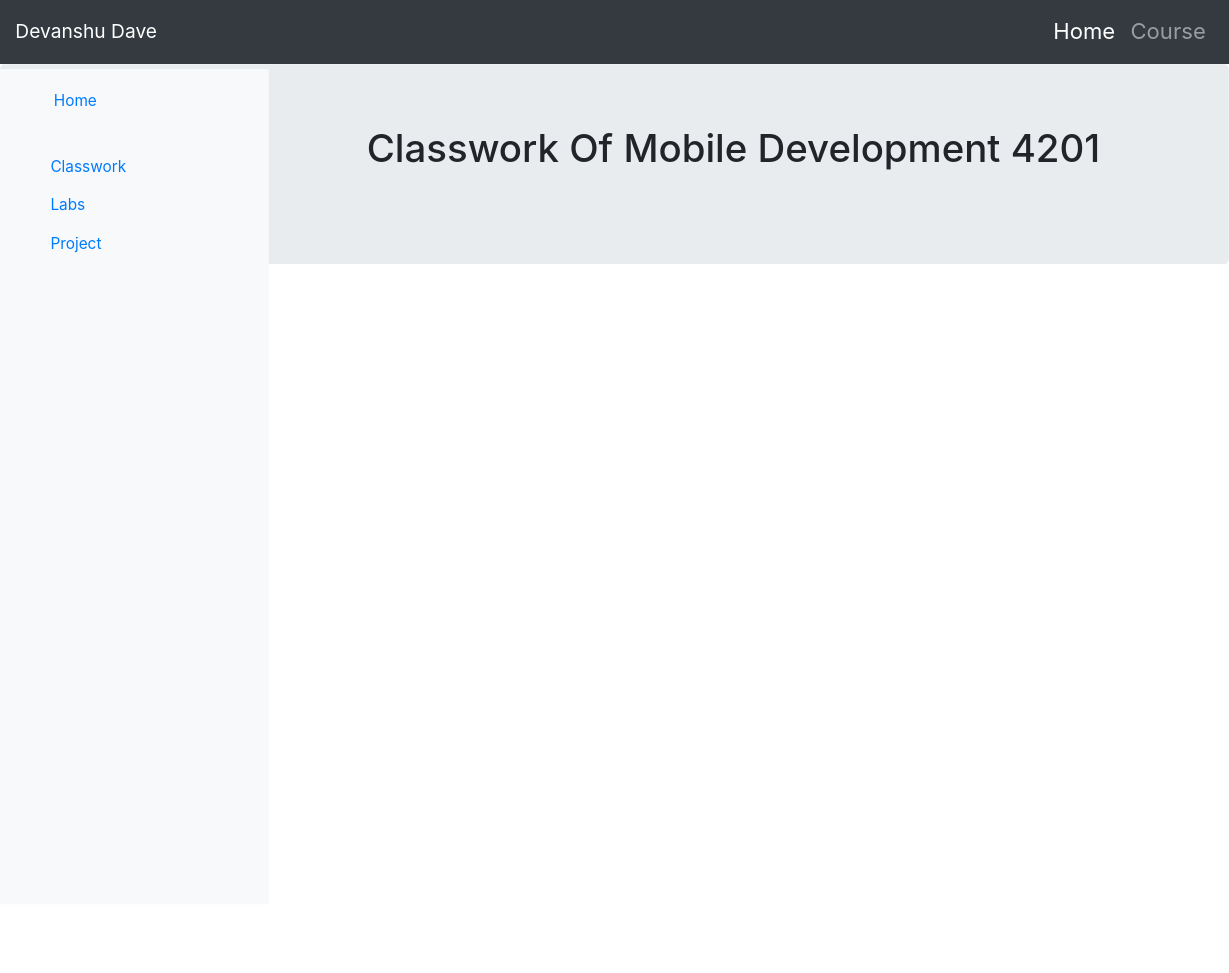
Repository: devanshudave1901/Mobile-Dev-Website
Page: project.html
The author's editor kept a copy of each file at every save. The page is drawn from the files as they stood at one save, then again after the next save.
The browser window is 1280 px wide. The pictures show the whole page, at 96% of full size.
Some web libraries are served in a nearby version.

Above is the page before, as saved 2022-10-07 23:33:49.

### project.html
<!DOCTYPE html>
<html lang="en">
  <head>
    <meta charset="UTF-8" />
    <meta http-equiv="X-UA-Compatible" content="IE=edge" />
    <meta name="viewport" content="width=device-width, initial-scale=1.0" />
    <link
      rel="stylesheet"
      href="https://cdn.jsdelivr.net/npm/bootstrap@4.0.0/dist/css/bootstrap.min.css"
      integrity="sha384-Gn5384xqQ1aoWXA+058RXPxPg6fy4IWvTNh0E263XmFcJlSAwiGgFAW/dAiS6JXm"
      crossorigin="anonymous"
    />
    <link
      href="https://maxcdn.bootstrapcdn.com/font-awesome/4.2.0/css/font-awesome.min.css"
      rel="stylesheet"
    />
    <link rel="stylesheet" href="./css/style.css" />

    <style>
      .navbar-nav {
        margin-left: auto;
        font-size: 23px;
      }
      .welcomeHeading {
        text-shadow: 2px 2px red;
        text-align: center;
      }
      .welcomeText {
        text-align: center;
        font-family: "Sofia", sans-serif;
      }
      .featurette-heading {
        font-weight: 300;
        line-height: 1;
        letter-spacing: -0.05rem;
        margin-top: 20%;
      }
      .profileIamge {
        width: 250px;

        left: 300px;
      }
      .mobileDevProfile {
        margin-top: 10%;
        left: 100px;
      }
      .main {
        display: flex;
        flex-wrap: nowrap;
        height: 100vh;
        height: -webkit-fill-available;
        max-height: 100vh;
        overflow-x: auto;
        overflow-y: hidden;
      }
      .sideBar {
        height: 870px;
      }
      li span {
        position: absolute;
        left: 100px;
      }
      .box {
        display: contents;
        flex-flow: column;
        justify-content: left;
        align-content: center;
        align-items: center;
      }
      .item {
        flex: 1 1 auto;
        border: 1px solid #ffebee;
      }
    </style>
    <script
      src="https://code.jquery.com/jquery-3.2.1.slim.min.js"
      integrity="sha384-KJ3o2DKtIkvYIK3UENzmM7KCkRr/rE9/Qpg6aAZGJwFDMVNA/GpGFF93hXpG5KkN"
      crossorigin="anonymous"
    ></script>
    <script
      src="https://cdn.jsdelivr.net/npm/popper.js@1.12.9/dist/umd/popper.min.js"
      integrity="sha384-ApNbgh9B+Y1QKtv3Rn7W3mgPxhU9K/ScQsAP7hUibX39j7fakFPskvXusvfa0b4Q"
      crossorigin="anonymous"
    ></script>
    <script
      src="https://cdn.jsdelivr.net/npm/bootstrap@4.0.0/dist/js/bootstrap.min.js"
      integrity="sha384-JZR6Spejh4U02d8jOt6vLEHfe/JQGiRRSQQxSfFWpi1MquVdAyjUar5+76PVCmYl"
      crossorigin="anonymous"
    ></script>
    <title>Mobile Development - Lab 2</title>
  </head>
  <body><div id="navBar">
    <nav class="navbar sticky-top navbar-expand-lg navbar-dark bg-dark">
      <a class="navbar-brand" href="#">Devanshu Dave</a>

      <div class="collapse navbar-collapse" id="navbarNavDropdown">
        <ul class="navbar-nav" mr-auto>
          <li class="nav-item active">
            <a class="nav-link" href="./index.html"
              >Home <span class="sr-only">(current)</span></a
            >
          </li>
          <li class="nav-item">
            <a class="nav-link" href="./course.html">Course</a>
          </li>
        </ul>
      </div>
    </nav>
  </div>
  <div id="sideBar">
      <div
      class="d-flex flex-column flex-shrink-0 p-3 bg-light sideBar"
      style="width: 280px"
    >
      <a
        href="/"
        class="d-flex align-items-center mb-3 mb-md-0 me-md-auto link-dark text-decoration-none"
      >
        <svg class="bi me-2" width="40" height="32">
          <use xlink:href="#bootstrap" />
        </svg>
        <span class="fs-4">Home</span>
      </a>
      <hr />
      <ul class="nav nav-pills flex-column mb-auto">
        <li>
          <a href="classwork.html" class="nav-link link-dark">
            <svg class="bi me-2" width="16" height="16">
              <use xlink:href="#table" />
            </svg>
            Classwork
          </a>
        </li>
        <li class="nav-item">
          <a href="labs.html" class="nav-link" aria-current="page">
            <svg class="bi me-2" width="16" height="16">
              <use xlink:href="#home" />
            </svg>
            Labs
          </a>
        </li>
        <li>
          <a href="project.html" class="nav-link link-dark">
            <svg class="bi me-2" width="16" height="16">
              <use xlink:href="#speedometer2" />
            </svg>
            Project
          </a>
        </li>
      </ul>
      <hr />
    </div>
    <br />
    <br />
    <br />
  </div></div>
  <div id="mainBar">
      <div class="jumbotron">
          <h1>Classwork Of Mobile Development 4201</h1>
          <br/>
          </div>


        </body>
</html>

### css/style.css
#sideBar {
  height: 570px;
  margin-top: 5px;
  float: left;
  /* text-align: center; */
}

#mainBar {
  text-align: center;
}

After the next save:
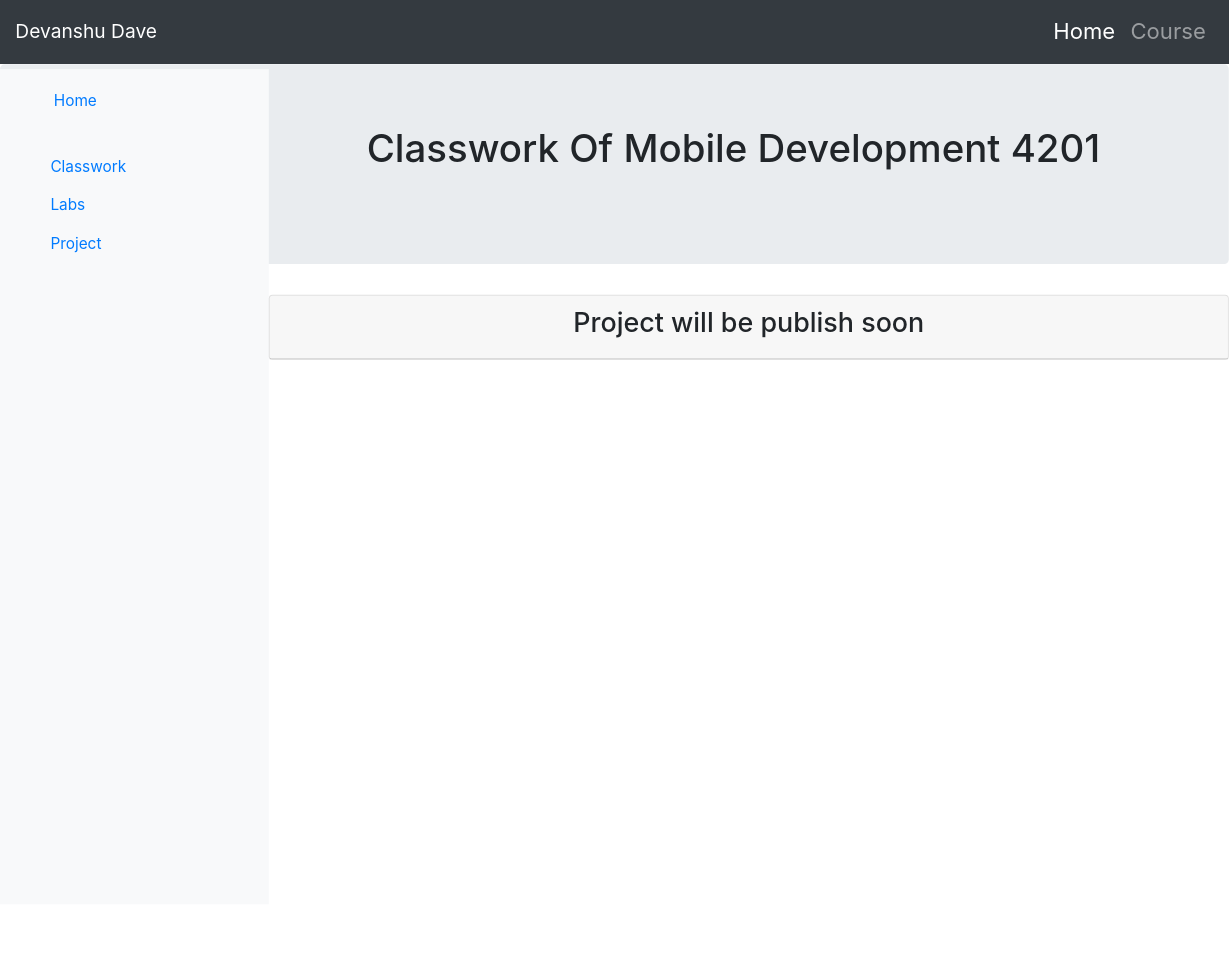
Saved 90 s later.
--- a/project.html
+++ b/project.html
@@ -159,7 +159,10 @@
           <h1>Classwork Of Mobile Development 4201</h1>
           <br/>
           </div>
-
+          <div class="card text-center id="nav-tab" role="tablist"">
+            <div class="card-header">
+                <h3>Project will be publish soon</h3>
+            </div>
 
         </body>
 </html>
